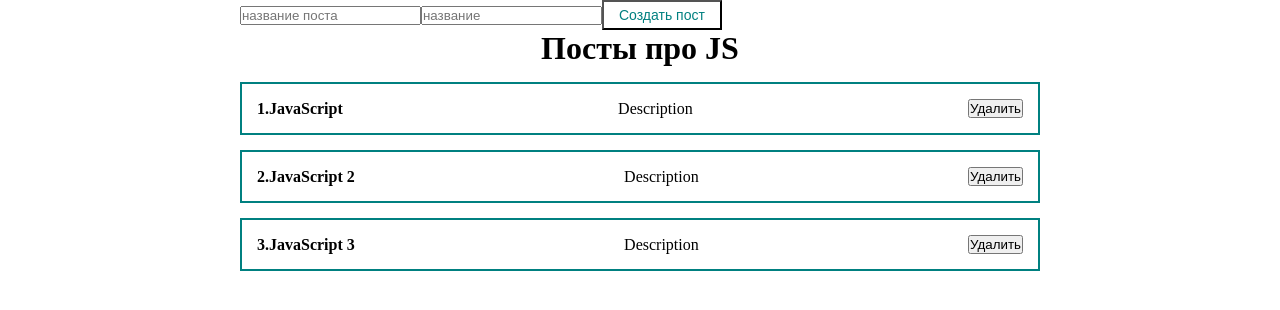
Repository: otvertka/ulb2_react
Page: / (app in jk_project/)
These files come from the project's save history. The page is drawn as it stood at one moment and after the next save; the edit follows.
The browser window is 1280 px wide. The pictures show the whole page.
The project was rebuilt for these pictures with package versions that can differ from the ones it lists, and the page was loaded fresh each time. Also part of the build but not shown: jk_project/src/component/Counter.jsx, jk_project/src/component/ClassCounter.jsx.

Above is the page before, as saved 2023-09-08 12:26:33.

### jk_project/public/index.html
<!DOCTYPE html>
<html lang="en">
  <head>
    <meta charset="utf-8" />

    <meta name="viewport" content="width=device-width, initial-scale=1" />

    <title>React App</title>
  </head>
  <body>
    <noscript>You need to enable JavaScript to run this app.</noscript>
    <div id="root"></div>
    <!-- Здесь будет приложение JS -->
  </body>
</html>

### jk_project/src/App.js
import React, { useState } from "react";
import Counter from "./component/Counter";
import ClassCounter from "./component/ClassCounter";
import classes from "./styles/App.css";
import PostItem from "./component/PostItem";
import PostList from "./component/PostList";
import MyButton from "./component/UI/button/MyButton";

function App() {
  const [posts, setPosts] = useState([
    { id: 1, title: "JavaScript", body: "Description" },
    { id: 2, title: "JavaScript 2", body: "Description" },
    { id: 3, title: "JavaScript 3", body: "Description" },
  ]);

  return (
    <div className="App">
      <form>
        <input type="text" placeholder="название поста" />
        <input type="text" placeholder="название" />
        <MyButton>Создать пост</MyButton>
      </form>
      <PostList posts={posts} title="Посты про JS" />
    </div>
  );
}

export default App;

### jk_project/src/styles/app.css
* {
  margin: 0;
  padding: 0;
  box-sizing: border-box;
}

#root {
  display: flex;
  justify-content: center;
}

.App {
  width: 800px;
}

.post {
  display: flex;
  padding: 15px;
  border: 2px solid teal;
  margin-top: 15px;
  justify-content: space-between;
  align-items: center;
}

### jk_project/src/component/PostItem.jsx
import React from "react";

const PostItem = (props) => {
  console.log(props);
  return (
    <div>
      <div className="post">
        <div className="post__content">
          <strong>
            {props.post.id}.{props.post.title}
          </strong>
        </div>
        <div>{props.post.body}</div>
        <div className="post__btns">
          <button>Удалить</button>
        </div>
      </div>
    </div>
  );
};

export default PostItem;

### jk_project/src/component/PostList.jsx
import React from "react";
import PostItem from "./PostItem";

const PostList = ({ posts, title }) => {
  return (
    <div>
      <h1 style={{ textAlign: "center" }}>{title}</h1>
      {posts.map((post) => (
        <PostItem post={post} key={post.id} />
      ))}
    </div>
  );
};

export default PostList;

### jk_project/src/component/UI/button/MyButton.jsx
import React from "react";
import classes from "./MyButton.module.css";

const MyButton = (props) => {
  return <button className={classes.myBtn}>{props.children}</button>;
};

export default MyButton;

### jk_project/src/component/UI/button/MyButton.module.css
.myBtn {
  padding: 5px 15px;
  color: teal;
  font-size: 14px;
  background: transparent;
  border: 1px solod teal;
  cursor: pointer;
}

Loaded but not shown: jk_project/src/index.js (common file)

After the next save:
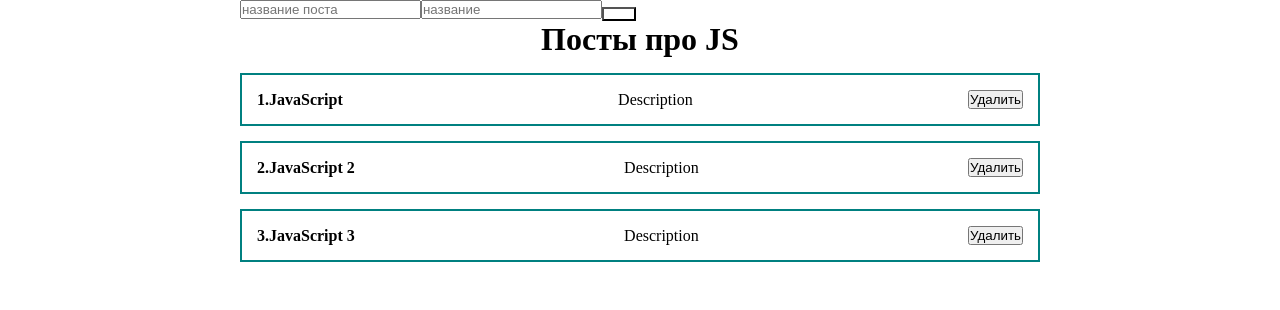
Saved 62 s later.
--- a/jk_project/src/component/UI/button/MyButton.jsx
+++ b/jk_project/src/component/UI/button/MyButton.jsx
@@ -1,7 +1,7 @@
 import React from "react";
 import classes from "./MyButton.module.css";
 
-const MyButton = (props) => {
+const MyButton = ({ children, ...props }) => {
   return <button className={classes.myBtn}>{props.children}</button>;
 };
 

After the save that followed:
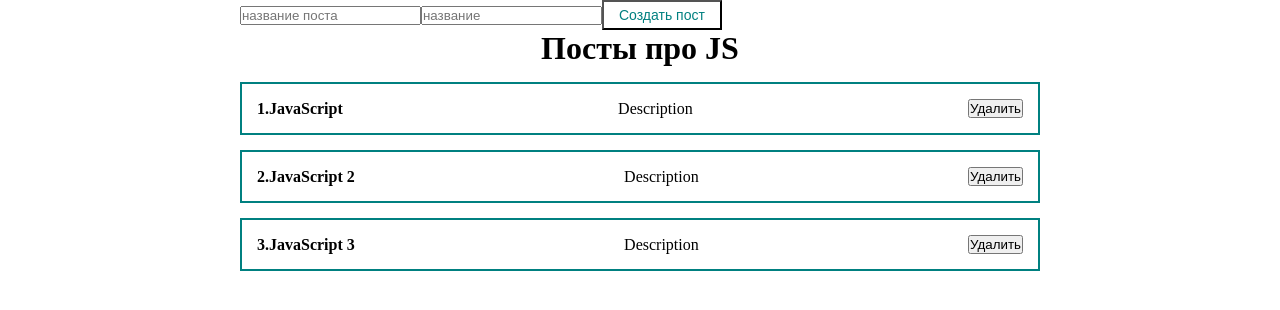
Saved 7 s later.
--- a/jk_project/src/component/UI/button/MyButton.jsx
+++ b/jk_project/src/component/UI/button/MyButton.jsx
@@ -2,7 +2,7 @@
 import classes from "./MyButton.module.css";
 
 const MyButton = ({ children, ...props }) => {
-  return <button className={classes.myBtn}>{props.children}</button>;
+  return <button className={classes.myBtn}>{children}</button>;
 };
 
 export default MyButton;
